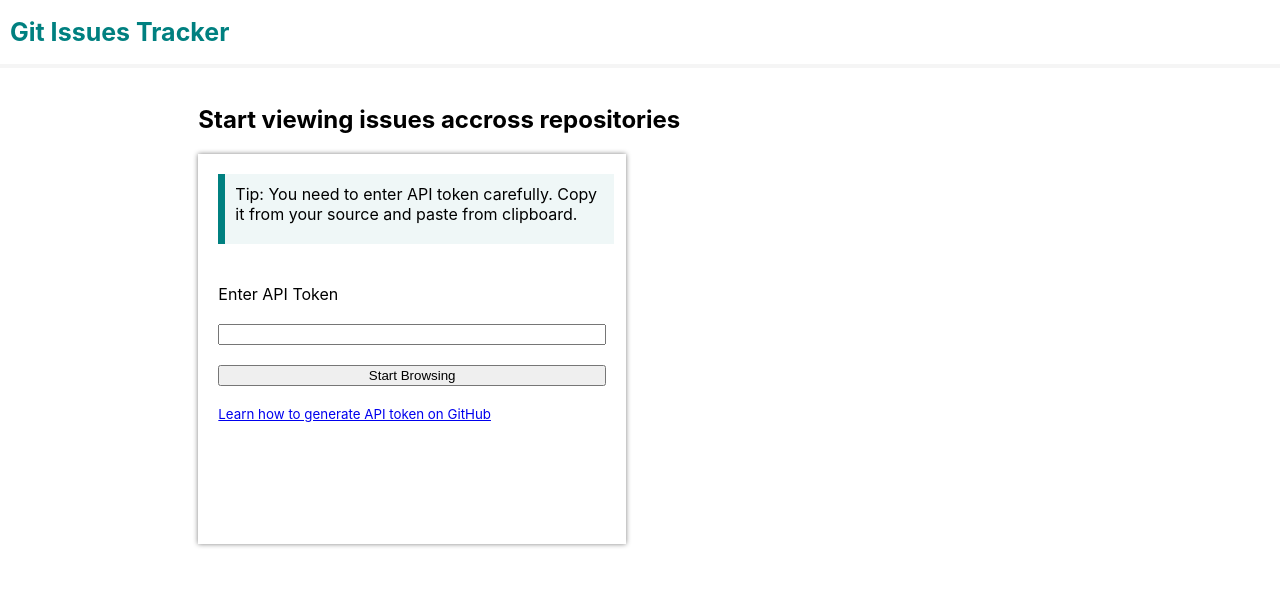
Repository: duzzisantos/github-repos-react-graphql
Page: /start
These files come from the project's save history. The page is drawn as it stood at one moment and after the next save; the edit follows.
The browser window is 1280 px wide. The pictures show the whole page.
The project was rebuilt for these pictures with package versions that can differ from the ones it lists, and the page was loaded fresh each time. Also part of the build but not shown: src/components/table/Filters.tsx, src/components/table/Pagination.tsx, src/components/table/TableComponent.tsx, src/components/table/columnHelpers.ts, src/utilities/funtions.ts, src/pages/Repositories.tsx, src/components/cards/Cards.tsx, src/pages/ViewRepository.tsx.

Above is the page before, as saved 2024-06-17 17:36:35.

### src/index.tsx
import React from "react";
import ReactDOM from "react-dom/client";
import "./index.css";
import App from "./App";
import reportWebVitals from "./reportWebVitals";
import { BrowserRouter } from "react-router-dom";
import { ApolloProvider } from "@apollo/client";
import client from "./api/apolloClient";

const root = ReactDOM.createRoot(
  document.getElementById("root") as HTMLElement
);
root.render(
  <React.StrictMode>
    <BrowserRouter>
      <ApolloProvider client={client}>
        <App />
      </ApolloProvider>
    </BrowserRouter>
  </React.StrictMode>
);

// If you want to start measuring performance in your app, pass a function
// to log results (for example: reportWebVitals(console.log))
// or send to an analytics endpoint. Learn more: https://bit.ly/CRA-vitals
reportWebVitals();

### src/App.tsx
import React from "react";
import "./App.css";
import "./styles.scss";
import { Routes, Route } from "react-router-dom";
import StartPage from "./pages/StartPage";
import Repositories from "./pages/Repositories";
import ViewRepository from "./pages/ViewRepository";

function App() {
  return (
    <div className="App">
      <h1>Git Issues Tracker</h1>
      <hr />

      <Routes>
        <Route path="/" element={<StartPage />} />
        <Route path="/start" element={<StartPage />} />
        <Route path="/repositories" element={<Repositories />} />
        <Route path="/owner/repositoryName" element={<ViewRepository />} />
      </Routes>
    </div>
  );
}

export default App;

### src/api/apolloClient.ts
import { ApolloClient, InMemoryCache, createHttpLink } from "@apollo/client";
import { setContext } from "@apollo/client/link/context";

const http = createHttpLink({
  uri: "https://api.github.com/graphql",
});

const auth = setContext((_, { headers }) => {
  const apiToken = localStorage.getItem("authToken");

  return {
    headers: {
      ...headers,
      authorization: `Bearer ${apiToken}`,
    },
  };
});

const client = new ApolloClient({
  link: auth.concat(http),
  cache: new InMemoryCache(),
});

export default client;

### src/App.css
.container {
  width: 90%;
  align-items: center;
  justify-content: center;
  bottom: 0;
  padding: 10px 10px;
}

.display-items {
  width: 100%;
  display: flex;
  flex-direction: row;
  flex-wrap: wrap;
  gap: 1.5%;
}

.small-card {
  width: 300px;
  height: 120px;
  display: flex;
  flex-direction: column;
  justify-content: center;
  text-align: center;
  box-shadow: 0px 0px 3px gray;
}

### src/styles.scss
.container {
  width: 90%;
  display: flex;
  flex-direction: column;
}

h1 {
  font-size: 25px;
  padding: 0 10px;
  color: teal;
}

hr {
  border: 2px solid whitesmoke;
}

.display-item {
  width: 80%;
}

form {
  width: 50%;
  height: 350px;
  display: flex;
  flex-direction: column;
  box-shadow: 0px 0px 5px gray;
  padding: 20px 20px;
}

.form-group {
  display: flex;
  flex-direction: column;
}

.user-tip {
  height: 50px;
  width: 95%;
  padding: 10px 10px;
  margin-bottom: 40px;
  border-left: 7px solid teal;
  background-color: rgb(239, 247, 247);
}

label,
input,
.primary-btn {
  margin-bottom: 20px;
}

### src/pages/StartPage.tsx
import React from "react";
import Container from "src/components/Container";
import Form from "src/components/Form";

const StartPage = () => {
  return (
    <Container
      pageSubTitle="Start viewing issues accross repositories"
      children={<Form />}
    />
  );
};

export default StartPage;

### src/components/Container.tsx
import React from "react";

interface ContainerProps {
  pageSubTitle: string;
  repositoryOwner?: string;
  children: any;
}

const Container = ({
  pageSubTitle,
  children,
  repositoryOwner,
}: ContainerProps) => {
  return (
    <main className="container">
      <section>
        <h2>{pageSubTitle}</h2>
        <h3>{repositoryOwner}</h3>
        {children}
      </section>
    </main>
  );
};

export default Container;

### src/components/Form.tsx
import React, { useState } from "react";
import { useNavigate } from "react-router-dom";
import { useLazyQuery } from "@apollo/client";
import { GET_ALL_REPOSITORIES } from "src/api/queryhelper";
//We need to specify the types of data we would be utilizing as state

const Form = () => {
  const [apiToken, setApiToken] = useState("");
  const [apiPayLoad, setApiPayload] = useState([]);
  const [getRepositories, { loading, error, data }] =
    useLazyQuery(GET_ALL_REPOSITORIES);

  const navigate = useNavigate();

  const handleChange = (e: any) => {
    setApiToken(e.target.value);
  };

  const handleSubmit = () => {
    localStorage.setItem("authToken", apiToken);

    //We make the GraphQL API call here
    getRepositories()
      .then((res: any) => {
        console.log(res.data);
        setApiPayload(res.data.viewer.repositories.nodes);
      })
      .catch((err) => {
        console.warn(err?.message);
      });
  };

  if (data) {
    navigate("/repositories", {
      state: {
        //this is the result we want to consume as we navigate to the /repositories route
        data: data.viewer.repositories.nodes,
        error: error,
        loading: loading,
        apiPayLoad,
      },
    });
  }

  return (
    <form>
      <div className="user-tip">
        Tip: You need to enter API token carefully. Copy it from your source and
        paste from clipboard.
      </div>

      <div className="form-group">
        <label htmlFor="apiToken">Enter API Token</label>
        <input
          type="text"
          name="apiToken"
          value={apiToken}
          onChange={handleChange}
        />
        <button className="primary-btn" type="button" onClick={handleSubmit}>
          Start Browsing
        </button>

        <strong>{error && error.message}</strong>
      </div>
      <small className="form-text" id="info">
        <a
          title="Read short documentation"
          href="https://docs.github.com/en/authentication/keeping-your-account-and-data-secure/managing-your-personal-access-tokens"
        >
          Learn how to generate API token on GitHub
        </a>
      </small>
    </form>
  );
};

export default Form;

### src/api/queryhelper.ts
import { gql } from "@apollo/client";

const GET_ALL_REPOSITORIES = gql`
  query {
    viewer {
      repositories(first: 50) {
        nodes {
          id
          name
          owner {
            login
          }
          visibility
          stargazerCount
          forkCount
          url
          issues {
            totalCount
          }
          licenseInfo {
            name
          }
          updatedAt
          createdAt
        }
      }
    }
  }
`;

const GET_REPOSITORY_BY_NAME = gql`
  query ($name: NAME!) {
    node(name: $name) {
      ... on Repository {
        id
        name
        owner {
          login
        }
        visibility
        stargazerCount
        forkCount
        url
        issues {
          totalCount
        }
        licenseInfo {
          name
        }
        updatedAt
        createdAt
      }
    }
  }
`;

export { GET_ALL_REPOSITORIES, GET_REPOSITORY_BY_NAME };

Loaded but not shown: public/index.html (common file); src/index.css (common file); src/reportWebVitals.ts (common file)

After the next save:
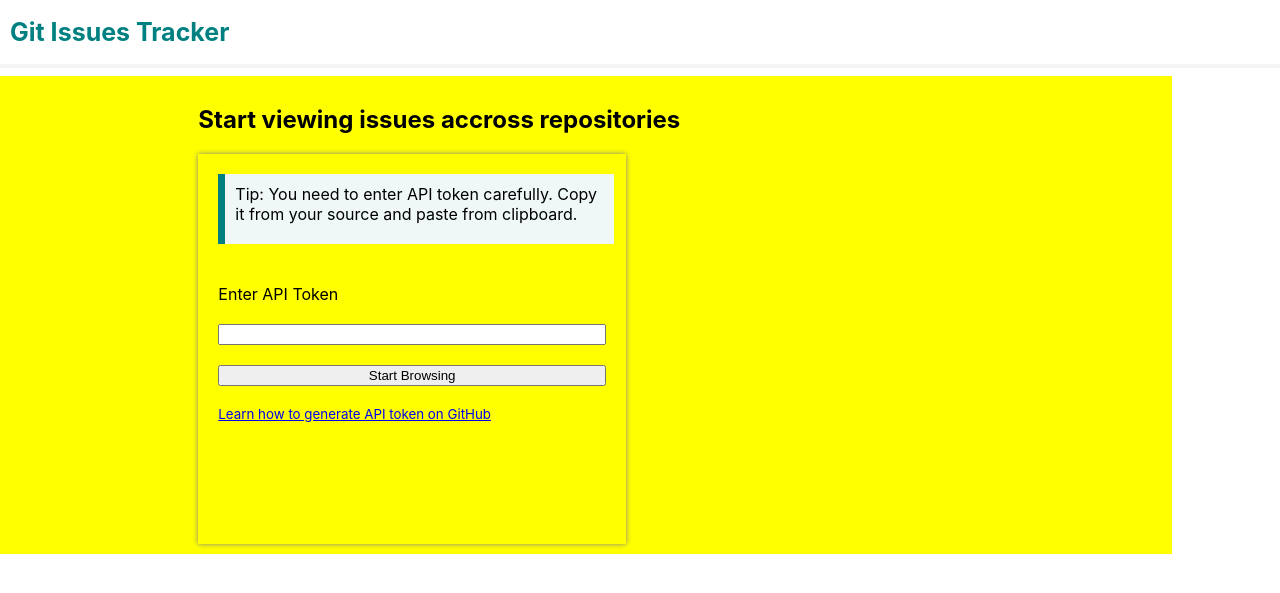
Saved 8 s later.
--- a/src/styles.scss
+++ b/src/styles.scss
@@ -1,5 +1,6 @@
 .container {
   width: 90%;
+  background-color: yellow;
   display: flex;
   flex-direction: column;
 }
